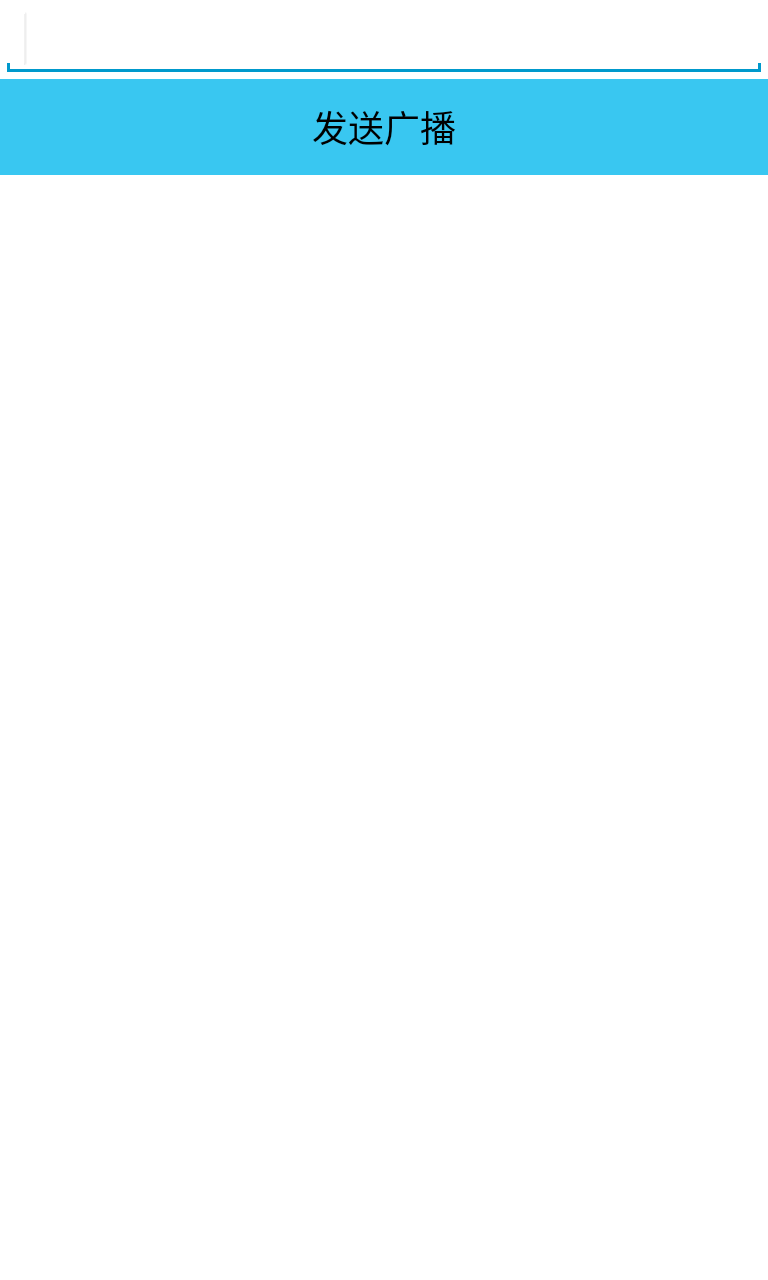
Repository: moetmd/learning-Android
Layout: BroadcastDemo/res/layout/activity_main.xml
The author's editor kept a copy of each file at every save. The layout is drawn from the files as they stood at one save, then again after the next save.
It is drawn on a 768 x 1280 px phone screen (xhdpi) without system bars, with theme AppTheme; the app's code is not run.

Above is the layout before, as saved 2014-11-19 03:41:33.

After the next save:
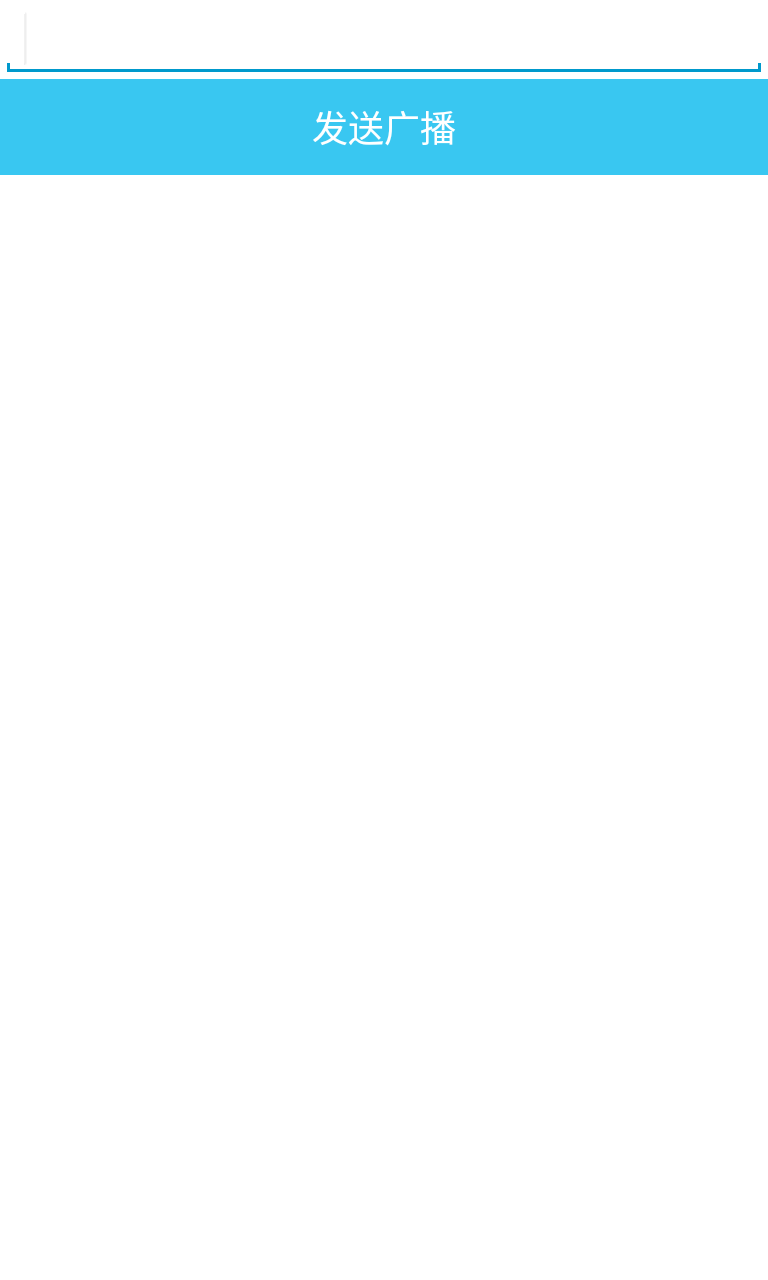
Saved 31 s later.
--- a/BroadcastDemo/res/layout/activity_main.xml
+++ b/BroadcastDemo/res/layout/activity_main.xml
@@ -25,6 +25,7 @@
             android:layout_width="match_parent"
             android:layout_height="wrap_content"
             android:background="#39C7F1"
+            android:textColor="#FFFFFF"
             android:text="发送广播" />
 
     </LinearLayout>
